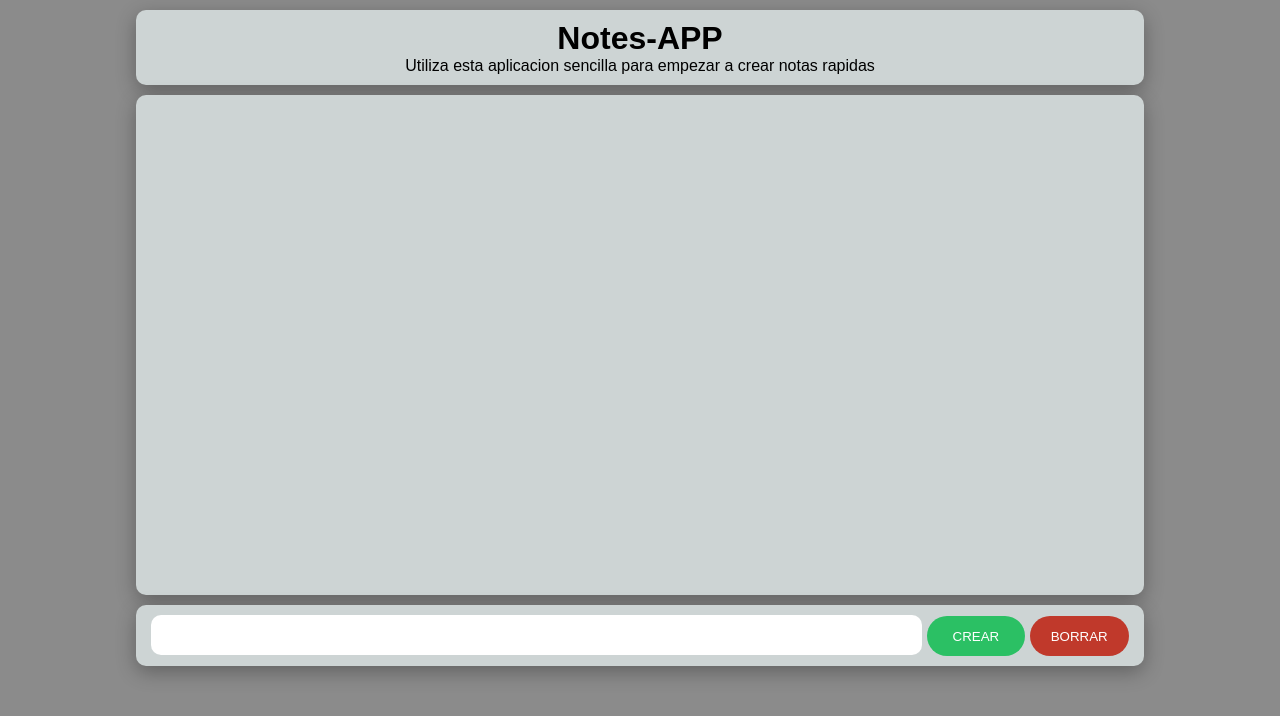
Repository: iocolopus/learn_web
Page: to_do persistente/index.html
These files come from the project's save history. The page is drawn as it stood at one moment and after the next save; the edit follows.
The browser window is 1280 px wide. The pictures show the whole page.

Above is the page before, as saved 2026-02-16 22:38:26.

After the next save:
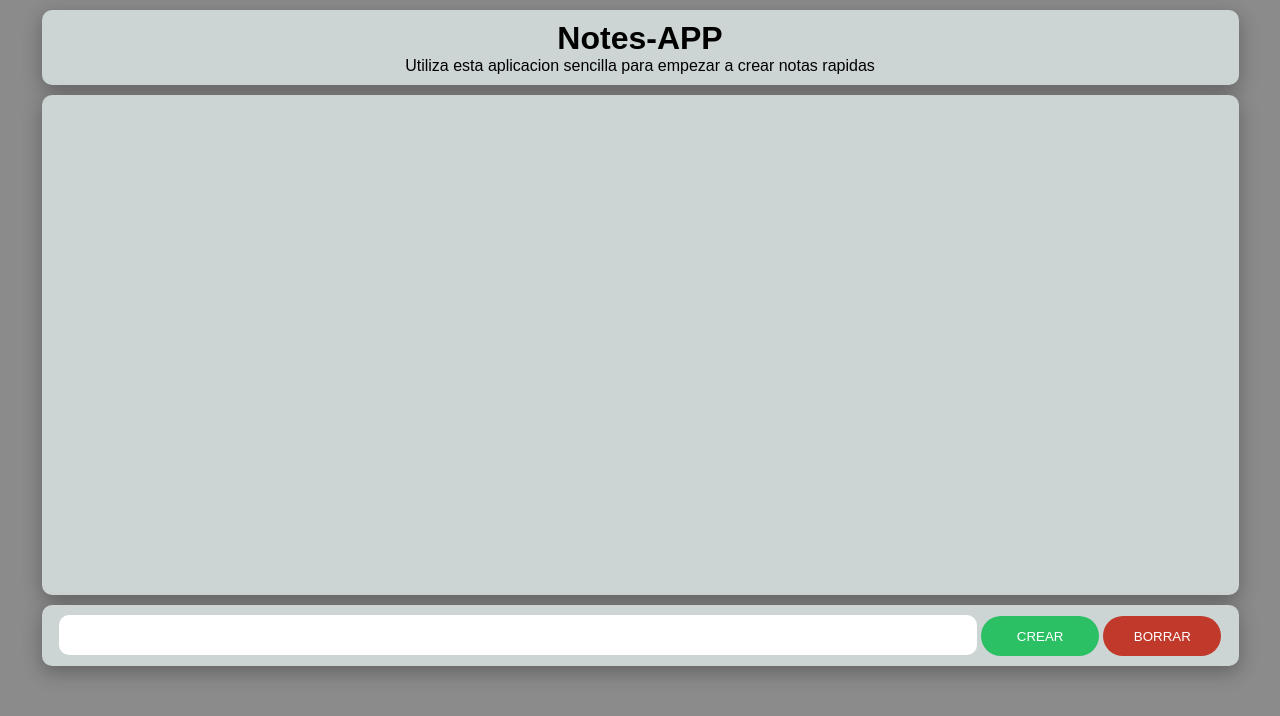
Saved 28 s later.
--- a/to_do persistente/styles.css
+++ b/to_do persistente/styles.css
@@ -15,7 +15,7 @@ header, #notes-container, #note-creation-container{
     margin-right: auto;
     margin-bottom: 10px;
     padding: 10px;
-    width: 80%;
+    width: 95%;
     border-radius: 10px;
     background-color:rgb(205, 212, 212);
     box-shadow: 0px 6px 20px 0px rgba(0, 0, 0, 0.3) ;
